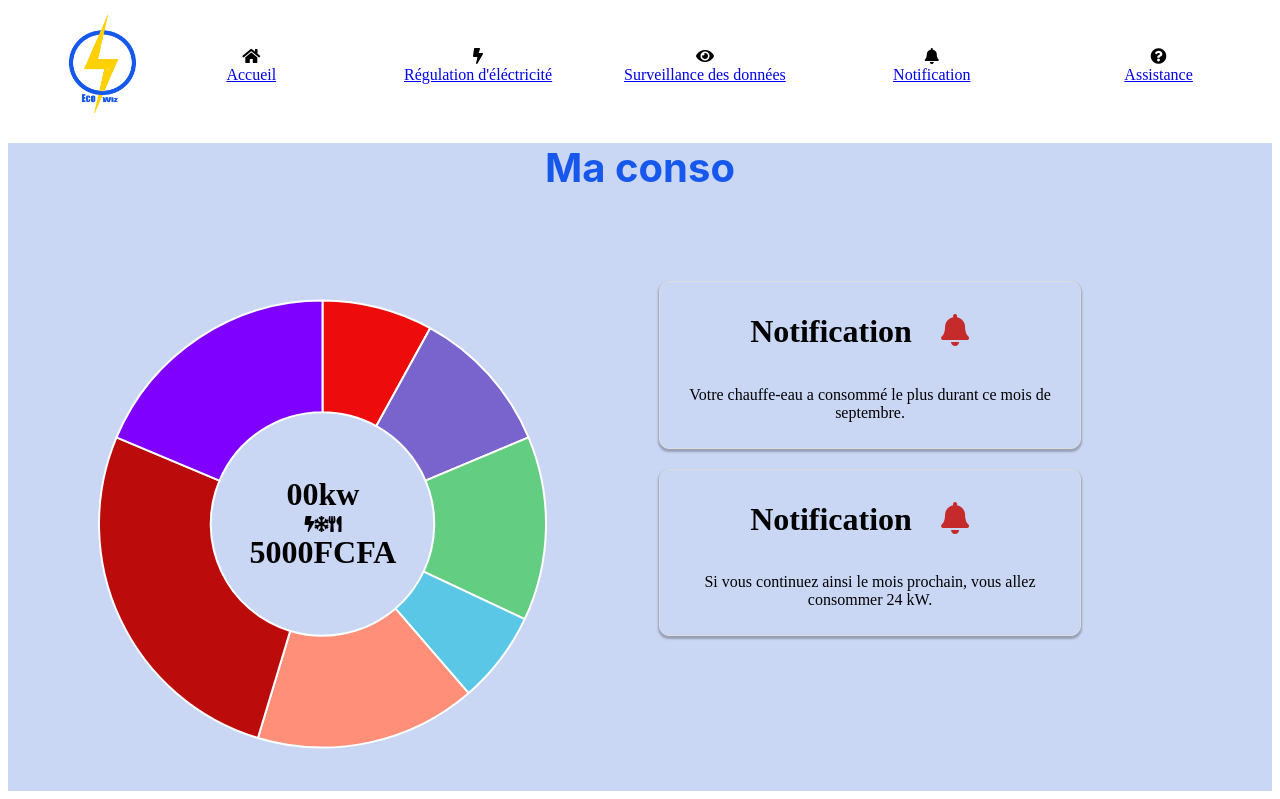
Repository: hamdia200/OSC-Ecowiz
Page: http://localhost/accueil
These files come from the project's save history. The page is drawn as it stood at one moment and after the next save; the edit follows.
The browser window is 1280 px wide. The pictures show the whole page.
The page is served by the project's Laravel application, run on PHP 8.4 with Laravel 10. Other server files are loaded and not shown.

Above is the page before, as saved 2023-08-22 23:04:11.
Console error: TypeError: myChart._getArcLength is not a function

### routes/web.php
<?php

use Illuminate\Support\Facades\Route;

/*
|--------------------------------------------------------------------------
| Web Routes
|--------------------------------------------------------------------------
|
| Here is where you can register web routes for your application. These
| routes are loaded by the RouteServiceProvider and all of them will
| be assigned to the "web" middleware group. Make something great!
|
*/

Route::get('/', function () {
    return view('welcome');
});

Route::get('/centrale', function () {
    return view('centrale');
});
Route::get('/accueil', function () {
    return view('accueil');
});
Route::get('/inscription', function () {
    return view('inscription');
});
Route::get('/login', function () {
    return view('login');
});
Route::get('/regulation', function () {
    return view('regulation');
});
Route::get('/Surveillance', function () {
    return view('Surveillance');
});

### resources/views/accueil.blade.php
@extends ("menu")
@section('content')
<div class="container">
    <meta charset="UTF-8">
    <meta name="viewport" content="width=device-width, initial-scale=1.0">
    <link rel="stylesheet" href="https://cdnjs.cloudflare.com/ajax/libs/font-awesome/5.15.3/css/all.min.css">
    <script src="https://cdn.jsdelivr.net/npm/chart.js"></script>
    <title>Accueil</title>
    <style>

        .body{
            display: flex;
        }
        .container{
            background-color: #C9D6F4;
            max-width: 100%;
            height: 90vh;
            top: -px;
            position: relative;
            justify-content: center;



        }
        .circle-container {
            position: relative;
            width: 300px;
            height: 300px;
            margin: 5rem;
        }

        .chart-container {
            position: relative;
            width: 449.994px;
            height: 449.994px;
            display: flex;
            flex-direction: column;
            align-items: center;
            padding-left: 10px;
            padding-right: 10px;
        }

        .notification-container {
            width: 100%;
            text-align: center;
            margin-top: 20px;
            display: flex;
            flex-direction: column;
            align-items: center;
            padding-left: 50px;
            padding-right: 50px;
        }

        .notification {
            padding: 10px;
            margin: 10px;
            border: 1px solid #ddd;
            width: 80%;
            max-width: 400px;
            text-align: center;
            border-radius: 10px;
            background: #C9D6F4;
            box-shadow: 0px 2px 2px 1px rgba(0, 0, 0, 0.25);
        }
        .content{
            display: flex;
            align-items: center;
            justify-content: space-between;
        }
        .icon{
            position: absolute;
            top: 50%;
            left: 50%;
            transform: translate(-50%, -50%);
            width: 100%;
            height: 100%;
            display: flex;
            justify-content: center;
            align-items: center;
        }
        .chiffre {
            position: absolute;
            top: 50%;
            left: 50%;
            transform: translate(-50%, -50%);
            text-align: center;
            }
            .text{
                text-align: center;
                color: var(--primary, #1758EC);
                font-family: Inter;
                font-size: 20px;
                font-style: normal;
                font-weight: 700;
                line-height: normal;
                border-radius: 10px;
                border: 0px solid #000;
                flex-shrink: 0;
            }



    </style>


    </style>
    <body>
        <div class="text">
            <h1>Ma conso </h1>
        </div>
        <div class="content">
                <div class="circle-container">
                    <div class="chart-container">
                        <canvas id="myChart"></canvas>
                        <div class="chiffre">
                            <h1>00kw</h1>
                            <h1>5000FCFA</h1>
                        </div>
                        <div class="icon">
                            <i class="fas fa-bolt icon-left"></i>
                            <i class="fas fa-snowflake icon-top" ></i>
                            <i class="fas fa-utensils icon-bottom"></i>

                        </div>
                    </div>
                </div>

                <div class="notification-container">
                    <div class="notification">
                        <h1>Notification <i class="fas fa-bell" style="width: 50px; height: 50px; padding-left:10px; padding-right:10px;color:#C52B2B"></i></h1>
                        <p>Votre chauffe-eau a consommé le plus durant ce mois de septembre.</p>
                    </div>
                    <div class="notification">
                        <h1>Notification <i class=" fas fa-bell" style="width: 50px; height: 50px; padding-left:10px; padding-right:10px;color:#C52B2B"></i></h1>
                        <p>Si vous continuez ainsi le mois prochain, vous allez consommer 24 kW.</p>
                    </div>
                </div>
        </div>
                <script>

                    var ctx = document.getElementById('myChart').getContext('2d');
                    var myChart = new Chart(ctx, {
                        type: 'doughnut', // Type de graphique en forme de cercle
                        data: {
                            labels: ['Chauffe-eau ', 'Climatisation', 'Téléviseur','Réfrigerateur','ventilateur','ampoule','Thermostre'], // Étiquettes de chaque section
                            datasets: [{
                                data: [30, 40, 50,25,60,100,70], // Données pour chaque section
                                backgroundColor: ['#EE0B0B', '#7963CD', '#63CD81','#5BC7E6','#FF8F78','#BB0B0B','#7F00FF'],
                            }]
                        },
                        options: {
                        plugins: {
                            legend: {
                                display: false // Masquer la légende
                            },
                            pieceLabel: {
                                render: 'image', // Utiliser une image comme étiquette
                                fontColor: 'black', // Couleur du texte
                                imageOffset: {x: 0, y: 0}, // Ajuster le décalage de l'image
                                position: 'border', // Position de l'image (inside, outside, border)
                                images: [{src: 'venti.png', width: 40, height: 40},{src: 'light.png', width: 40, height: 40}],// Configurer l'image de l'icône
                            }
                        }
                    }
                    });

                    var iconContainer = document.querySelector('.icon');
                    var sections = myChart.data.datasets[0].data;
                    var iconWidth = 40; // Largeur de l'icône en pixels
                    var radius = myChart.innerRadius + (myChart.outerRadius - myChart.innerRadius) / 2;

                    sections.forEach(function (value, index) {
                    var angle = (myChart.startAngle + myChart._getArcLength() * (index + 0.5)) - Math.PI / 2;
                    var icon = document.createElement('img');
                    icon.src = index === 0 ? 'chauffe-eau.png' : 'clim.png';
                    icon.width = icon.height = iconWidth;
                    icon.style.position = 'absolute';
                    icon.style.top = radius * Math.sin(angle) + 'px';
                    icon.style.left = radius * Math.cos(angle) + 'px';
                    icon.style.transform = 'translate(-50%, -50%)';
                    iconContainer.appendChild(icon);
        });
                </script>

        </body>

        </html>
    </div>
@endsection

### resources/views/menu.blade.php
<!DOCTYPE html>
<html>
    <head>
        <meta charset="UTF-8">
        <meta name="viewport" content="width=device-width, initial-scale=1.0">
        <link rel="stylesheet" href="{{asset('bootstrap-5/css/bootstrap.min.css')}}">
        <link rel="stylesheet" href="{{asset('icofont/icofont.min.css')}}">
        <link rel="stylesheet" href="https://maxcdn.bootstrapcdn.com/font-awesome/4.7.0/css/font-awesome.min.css">
        <link rel="stylesheet" href="https://cdnjs.cloudflare.com/ajax/libs/font-awesome/5.15.3/css/all.min.css">

        <title>menu</title>
        <style>
            body {
                overflow: hidden;
            }
            .menu-horizontal {
                list-style-type: none;
                display: flex;
                align-items: center;
                justify-content: center;
                background-color:#FFFFFF;
                height: 100px;
            }

            .menu-horizontal li {
                margin: 0;
                padding: 0;
                flex: 1;
                text-align: center; /* Centre le contenu */
            }

            .menu-item {
                display: flex;
                flex-direction: column;
                align-items: center;
                justify-content: center;
                text-decoration: none;
            }

            .menu-icon {
                width: 50px;
                height: 50px;
            }

            .menu-text {
                display: flex;
                justify-content: center;
                font-size: 16px;
                align-items: center;
                margin-top: 2px;
                padding-inline: -5px;
                text-decoration: none;


            }

            .logo {
                padding-left: 20px;
                height: 100px;
            }
            .wrap  {
                margin-inline:  auto  ;
            }
            .head{
                position: sticky;
            }
        </style>
    </head>

    <body>
        <header class="head">
                <ul class="menu-horizontal fixed-top wrap">
                    <div class="header">
                        <img src="{{asset('/image/ecow.png')}}" alt="" class="logo">
                    </div>
                    <li>
                        <span class="menu-item">
                            <i class="fas fa-home"></i> <a href="accueil.blade.php"><span class="menu-text">Accueil</span></a>
                        </span>

                    </li>
                    <li>
                        <span class="menu-item">
                            <i class="fas fa-bolt"></i> <a href="regulation.blade.php"><span class="menu-text">Régulation d'éléctricité </span></a>
                        </span>
                    </li>

                    <li>
                        <span class="menu-item">
                            <i class="fas fa-eye"></i> <a href="Surveillance.blade.php"><span class="menu-text">Surveillance des données </span></a>
                        </span>
                    </li>
                    <li>
                        <span class="menu-item">
                            <i class="fas fa-bell"></i> <a href="notification.blade.php"><span class="menu-text">Notification</span></a>
                        </span>
                    </li>
                    <li>
                        <span class="menu-item">
                            <i class="fas fa-question-circle"></i> <a href="assistance.blade.php"><span class="menu-text">Assistance</span></a>
                        </span>
                    </li>
                </ul>

        </header>
        <div class="container">
                @yield('content')
        </div>

    </body>


</html>

After the next save:
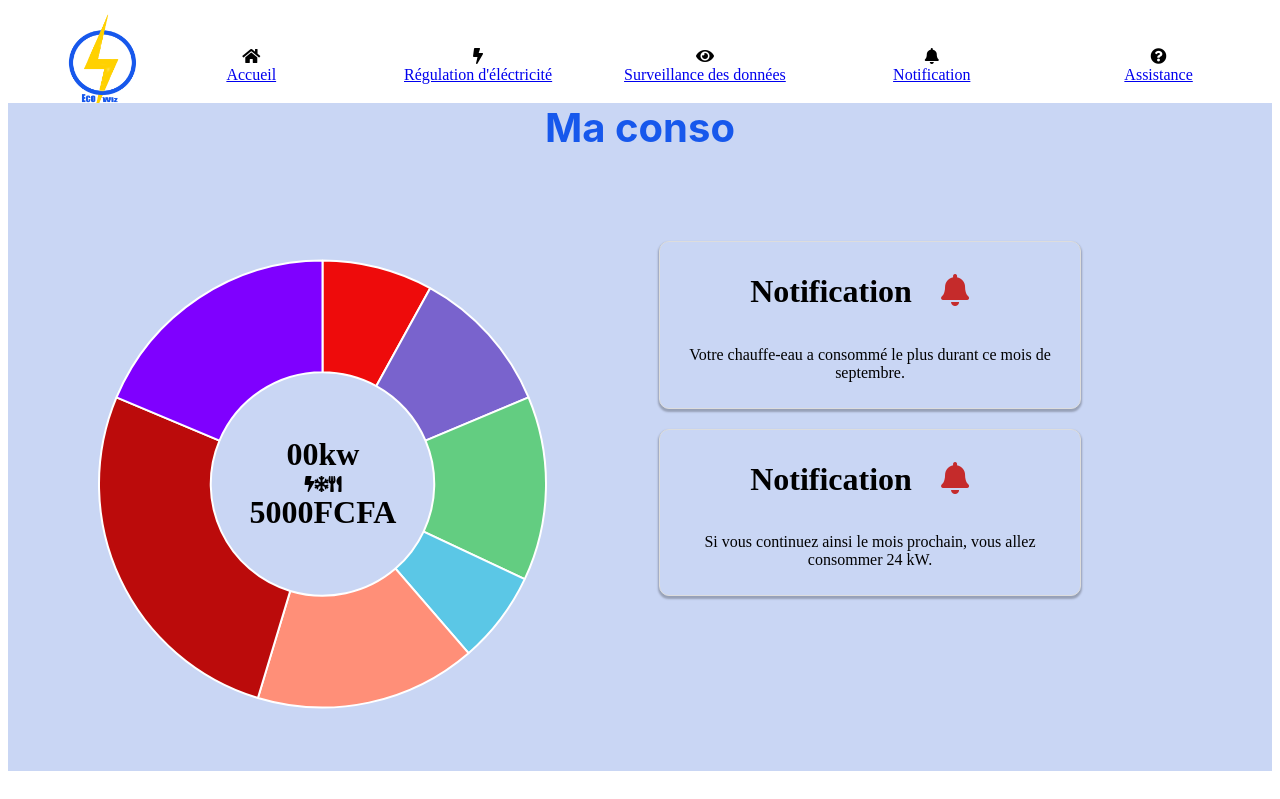
Saved 5 s later.
--- a/resources/views/accueil.blade.php
+++ b/resources/views/accueil.blade.php
@@ -15,7 +15,7 @@
             background-color: #C9D6F4;
             max-width: 100%;
             height: 90vh;
-            top: -px;
+            top: -20px;
             position: relative;
             justify-content: center;
 

After the save that followed:
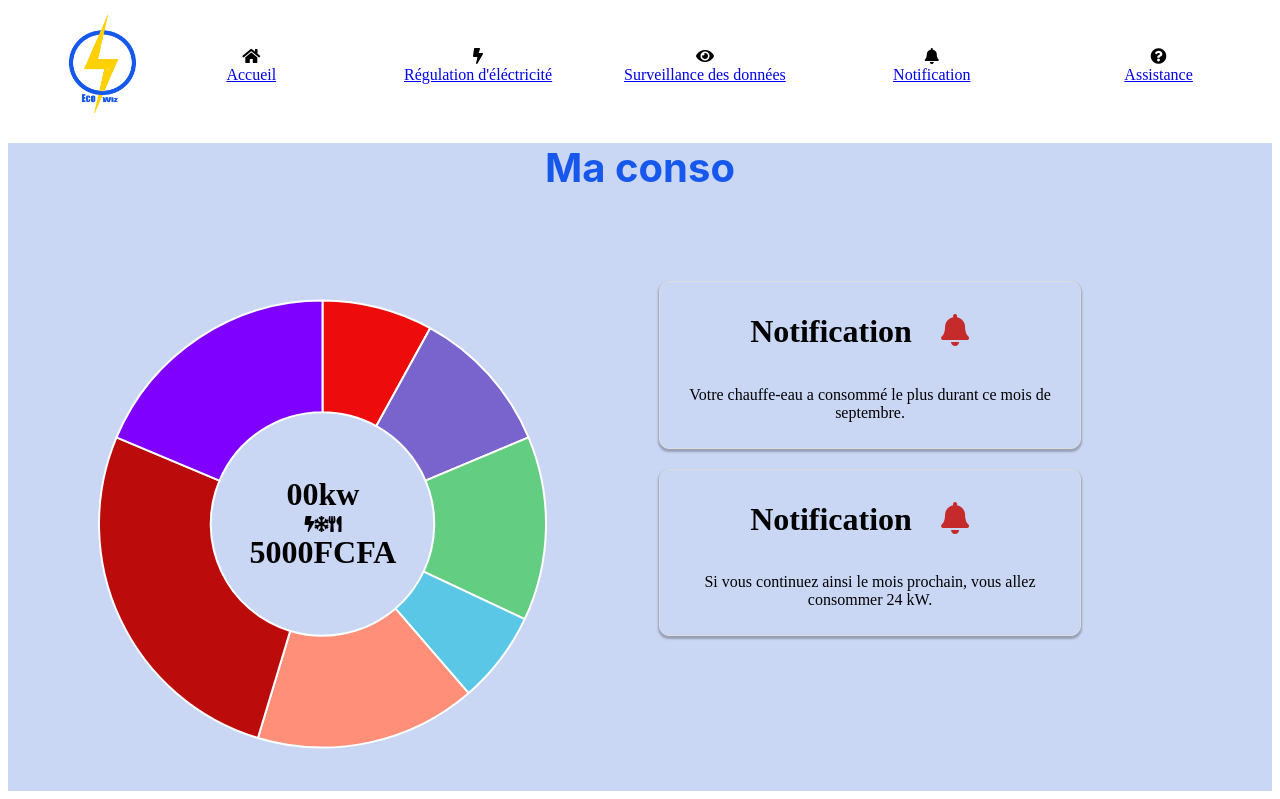
Saved 29 s later.
--- a/resources/views/accueil.blade.php
+++ b/resources/views/accueil.blade.php
@@ -16,7 +16,6 @@
             max-width: 100%;
             height: 90vh;
             top: -20px;
-            position: relative;
             justify-content: center;
 
 
